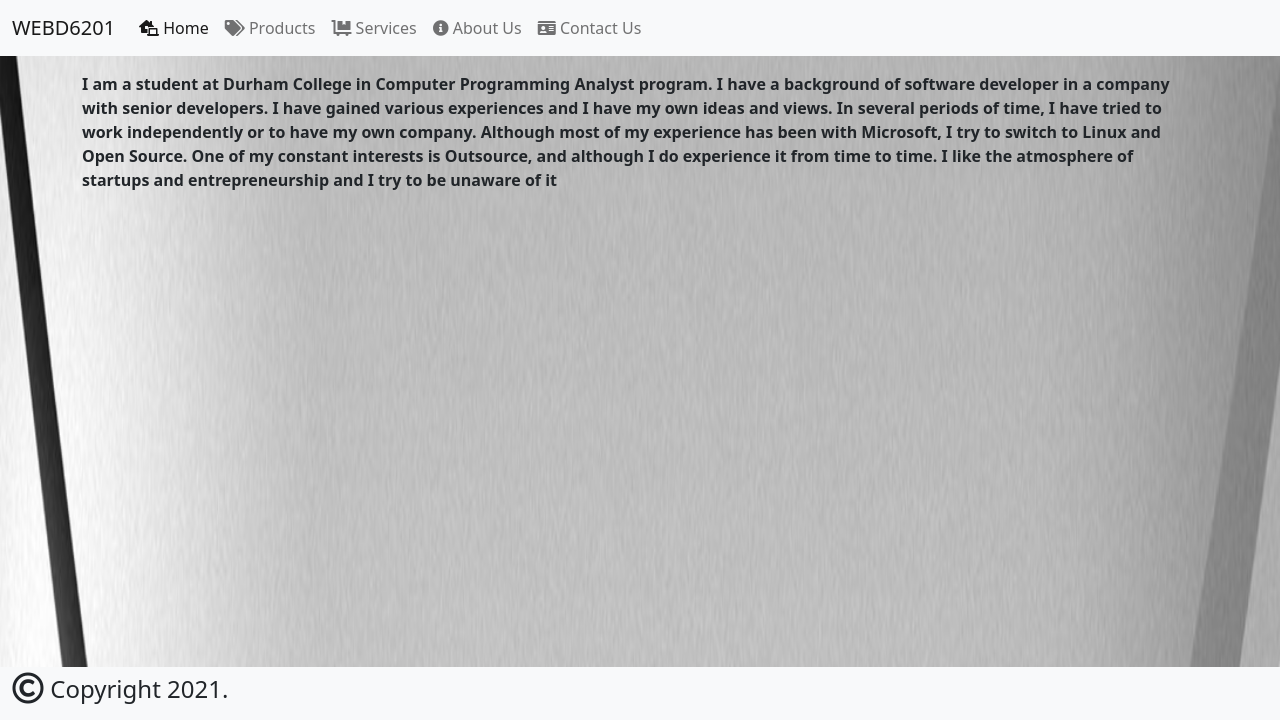
Repository: MuzhdaEhsan/WEBD6201-W2021-Lab1
Page: index.html
An editor plug-in stored every save of this project. The page is shown before and after the next save, followed by the edit.
The browser window is 1280 px wide. The pictures show the whole page.

Above is the page before, as saved 2021-02-05 21:02:25.

### index.html
<!DOCTYPE html>
<html lang="en">
<head>
    <meta charset="UTF-8">
    <meta name="viewport" content="width=device-width, initial-scale=1.0">
    <title>Home</title>
    <!-- CSS Section -->
    <link rel="stylesheet" href="./node_modules/bootstrap/dist/css/bootstrap.min.css">
    <link rel="stylesheet" href="./node_modules/@fortawesome/fontawesome-free/css/all.min.css">
    <link rel="stylesheet" href="./Content/app.css">


</head>
<body>


    <!-- Main Header -->
    <header>

        <!-- Main Navigation -->
        <nav class="navbar navbar-expand-lg navbar-light bg-light">
            <div class="container-fluid">
              <a class="navbar-brand" href="index.html">WEBD6201</a>
              <button class="navbar-toggler" type="button" data-bs-toggle="collapse" data-bs-target="#navbarSupportedContent" aria-controls="navbarSupportedContent" aria-expanded="false" aria-label="Toggle navigation">
                <span class="navbar-toggler-icon"></span>
              </button>
              <div class="collapse navbar-collapse" id="navbarSupportedContent">
                <ul class="navbar-nav me-auto mb-2 mb-lg-0">
                  <li class="nav-item">
                    <a class="nav-link active" aria-current="page" href="index.html"><i class="fas fa-laptop-house"></i> Home</a>
                  </li>

                  <li class="nav-item">
                    <a class="nav-link" aria-current="page" href="projects.html"><i class="fas fa-tags"></i> Products</a>
                  </li>

                  <li class="nav-item">
                    <a class="nav-link" aria-current="page" href="services.html"><i class="fas fa-dolly-flatbed"></i> Services</a>
                  </li>

                  <li class="nav-item">
                    <a class="nav-link" aria-current="page" href="about.html"><i class="fas fa-info-circle"></i> About Us</a>
                  </li>

                  <li class="nav-item">
                    <a class="nav-link" aria-current="page" href="contact.html"><i class="fas fa-id-card"></i> Contact Us</a>
                  </li>
                </ul>
              </div>
            </div>
          </nav>

    </header>

    <!-- Main Content -->
    <main class="container">
        <h1></h1>
        <p id="paragraphOne"></p>
        <div id="myDiv"></div>

    </main>

    <!-- Main Footer -->
    <footer>
        <nav class="navbar fixed-bottom navbar-light bg-light">
            <div class="container-fluid">
              <h4><i class="far fa-copyright fa-lg"></i> Copyright 2021.</h4>
            </div>
          </nav>
    </footer>

    <!-- Script Section-->
    <script src="./node_modules/jquery/dist/jquery.min.js"></script>
    <script src="./node_modules/bootstrap/dist/js/bootstrap.bundle.min.js"></script>
    <script src="./Scripts/app.js"></script>
</body>
</html>

### Scripts/app.js
/*
@author: Muzhda Ehsan
@date: 27-Jan-2021
*/
/* custom JavaScript goes here */

//IIFE - Immediately Invoked Function Expression
//AKA - Anonymous Self-Executing Function
//Closure - limits scope leak

"use strict";

let myContact =
{
  "firstName":"Muzhda",
  "contactNumber":"234234",
  "emailAddress":"muzhda@gmail.com",
  "saysHello":function()
  {
    console.log(`${fullName} says Hello`);
  },
  "someOtherObject": {
    "friendsList": [
      "Peter Parker", "Tony Stark", "Stephen Strange"
    ]
  }
};


(function()
{
    function displayHome()
    {
      let imageSize = "1500px 7000px";
      let imageUrl2 = `url('./grayImage.png')`;
      //document.body.style.backgroundImage = "url('./download.jpg')";
      let bodyImage = document.body.style;
      bodyImage.backgroundSize = imageSize;
      bodyImage.backgroundImage = imageUrl2;
        //let paragraphOneText =
         // "This is a simple site to demonstrate DOM Manipulation for ICE 1";

        //let paragraphOneElement = document.getElementById("paragraphOne");

        //paragraphOneElement.textContent = paragraphOneText;
        //paragraphOneElement.className = "fs-5";

        // Step 1. document.createElement
        let newParagraph = document.createElement("p");
        // Step 2. configure the element
        //newParagraph.setAttribute("id", "paragraphTwo");
        //newParagraph.textContent = "...And this is paragraph two";
        // Step 3. select the parent element
        let mainContent = document.getElementsByTagName("main")[0];
        // Step 4. Add / Insert the element
         mainContent.appendChild(newParagraph);

        //newParagraph.className = "fs-6";

        // another way of injecting content
        //let paragraphDiv = document.createElement("div");
        //let paragraphThree = `<p id="paragraphThree" class="fs-7 fw-bold">And this is the Third Paragraph</p>`;
        //paragraphDiv.innerHTML = paragraphThree;

        // insertions

        // example of inserting before a node
        //newParagraph.before(paragraphDiv);

        // example of inserting after a node
        //newParagraph.after(paragraphDiv);


        // add image
        //let image = document.createElement("div");
        //let imageUrl = `<img src="./download.jpg" alt="Girl in a jacket" width="500" height="600">`;
        //image.innerHTML = imageUrl
        //newParagraph.before(image);

        // paragraph details
        let paragraphMain = document.createElement("div");
        let paragraphIndex = `<p id="mainParagraph" class="fs-7 fw-bold">I am a student at Durham College in Computer Programming Analyst program.
        I have a background of software developer in a company with senior developers.
        I have gained various experiences and I have my own ideas and views. In several periods of time, I have tried to work independently
        or to have my own company. Although most of my experience has been with Microsoft, I try to switch to Linux and Open Source.
        One of my constant interests is Outsource, and although I do experience it from time to time.
        I like the atmosphere of startups and entrepreneurship and I try to be unaware of it</p>`;
        paragraphMain.innerHTML = paragraphIndex;

        newParagraph.before(paragraphMain);


        // deletions

        // example of removing a single element
        //paragraphOneElement.remove();

        // example of removeChild
        //mainContent.removeChild(paragraphOneElement);

        // update / modification
        //mainContent.firstElementChild.textContent = "Welcome Home!";

        //mainContent.innerHTML = `<h1 id="firstHeading">Welcome to WEBD6201 - Lab 2</h1>`;


    }

    function displayAbout()
    {

    }

    function displayProjects()
    {

    }

    function displayServices()
    {

    }

    function displayContact()
    {
        let messageArea = document.getElementById("messageArea");
        messageArea.hidden = true;

        // form validation
        let fullName = document.getElementById("fullName");
        fullName.addEventListener("blur", function() {
            if(fullName.value.length < 2)
            {
                fullName.focus();
                fullName.select();
                messageArea.hidden = false;
                messageArea.className = "alert alert-danger";
                messageArea.textContent = "Please enter an appropriate Name";
            }
            else
            {
                messageArea.removeAttribute("class");
                messageArea.hidden = true;
            }
        });

        let sendButton = document.getElementById("sendButton");
        sendButton.addEventListener("click", function(event){
           // event.preventDefault();

            let contact = new Contact(fullName.value, contactNumber.value, emailAddress.value);

            if(contact.serialize())
            {
              localStorage.setItem((localStorage.length + 1).toString(), contact.serialize());

            }

            //console.log(contact.toString());
            //console.log(contact.serialize());
        });
    }

    function displayContactList()
    {
      if (localStorage.length > 0)
      {
        let contactList = document.getElementById("contactList");

        let data = "";

        for (let index = 0; index < localStorage.length; index++)
        {
          let contactData = localStorage.getItem((index + 1).toString());

          console.log(contactData);
          let contact = new Contact();
          contact.deserialize(contactData);

          data += `<tr>
          <th scope="row">${index + 1}</th>
          <td>${contact.FullName}</td>
          <td>${contact.ContactNumber}</td>
          <td>${contact.EmailAddress}</td>
        </tr>`;
        }

        contactList.innerHTML = data;
      }


    }

    function Start()
    {
        console.log("App Started...");

        switch (document.title)
        {
          case "Home":
              displayHome();
            break;
          case "About":
              displayAbout();
            break;
          case "Projects":
              displayProjects();
            break;
          case "Services":
              displayServices();
            break;
          case "Contact":
              displayContact();
            break;
            case "Contact-List":
              displayContactList();
            break;
        }

    }

    window.addEventListener("load", Start);

})();

Loaded but not shown: node_modules/bootstrap/dist/css/bootstrap.min.css (library); node_modules/@fortawesome/fontawesome-free/css/all.min.css (library); Content/app.css (common file); node_modules/jquery/dist/jquery.min.js (library); node_modules/bootstrap/dist/js/bootstrap.bundle.min.js (library)

After the next save:
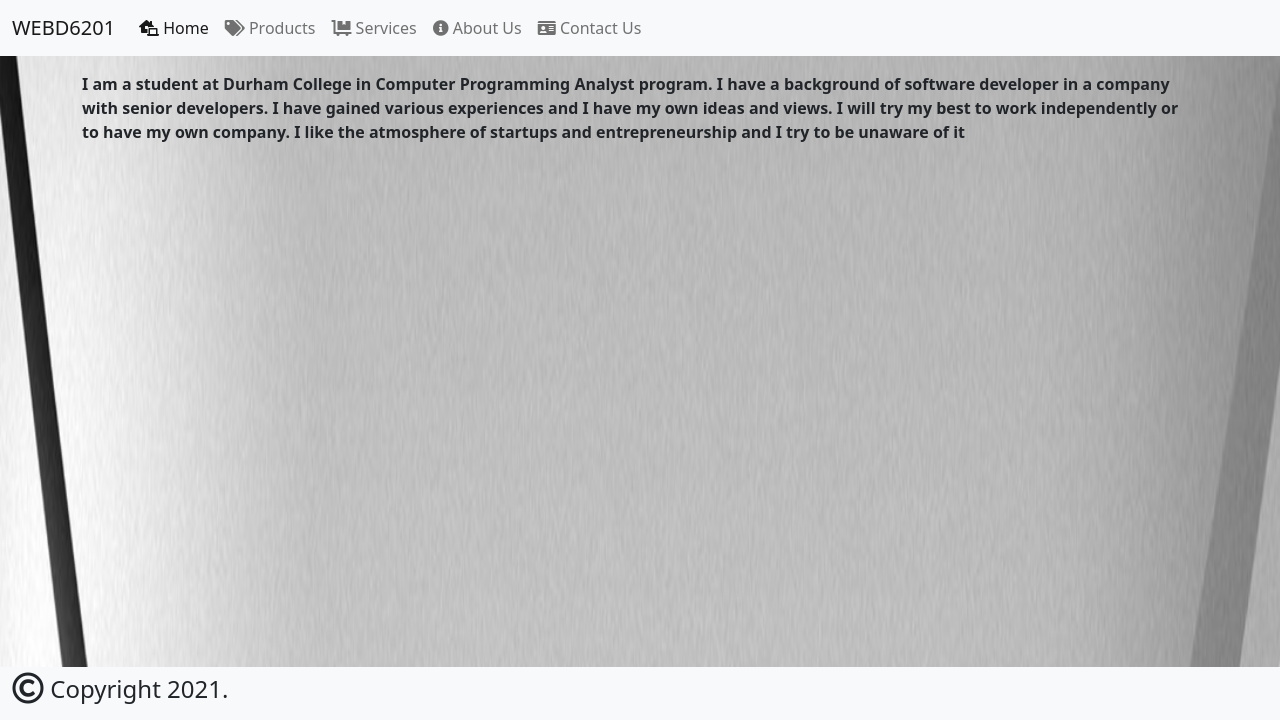
Saved 70 s later.
--- a/Scripts/app.js
+++ b/Scripts/app.js
@@ -81,10 +81,8 @@
         let paragraphMain = document.createElement("div");
         let paragraphIndex = `<p id="mainParagraph" class="fs-7 fw-bold">I am a student at Durham College in Computer Programming Analyst program.
         I have a background of software developer in a company with senior developers.
-        I have gained various experiences and I have my own ideas and views. In several periods of time, I have tried to work independently
-        or to have my own company. Although most of my experience has been with Microsoft, I try to switch to Linux and Open Source.
-        One of my constant interests is Outsource, and although I do experience it from time to time.
-        I like the atmosphere of startups and entrepreneurship and I try to be unaware of it</p>`;
+        I have gained various experiences and I have my own ideas and views. I will try my best to work independently
+        or to have my own company. I like the atmosphere of startups and entrepreneurship and I try to be unaware of it</p>`;
         paragraphMain.innerHTML = paragraphIndex;
 
         newParagraph.before(paragraphMain);
